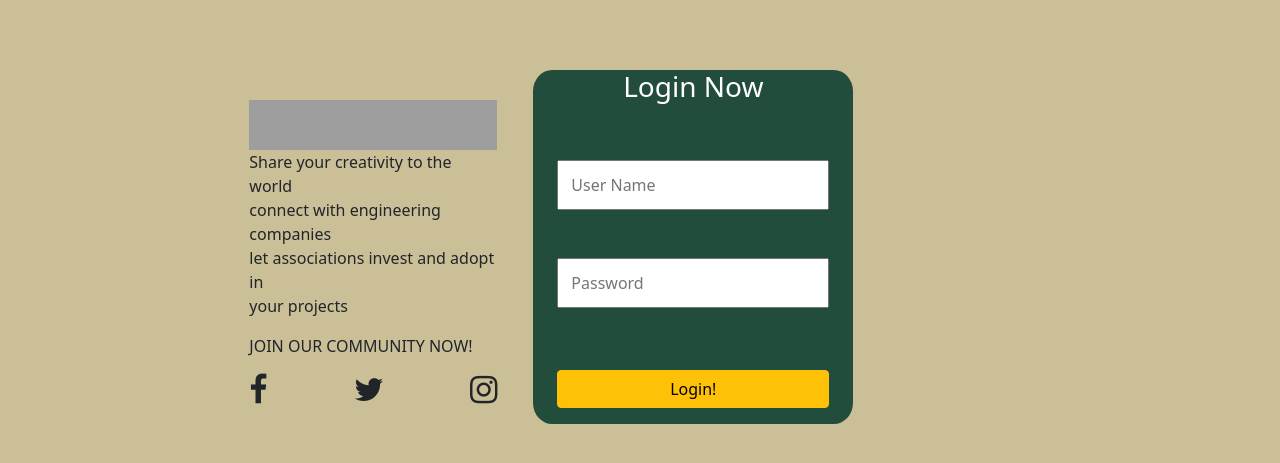
Repository: ahmadjamal-1997/Project-Taqadam
Page: http://localhost/Taqadam/WEB-INF/login.jsp
An editor plug-in stored every save of this project. The page is shown before and after the next save, followed by the edit.
The browser window is 1280 px wide. The pictures show the whole page.
Pictures or frames that could not be fetched are drawn as grey boxes. The page is served by Tomcat 9. Nobody is signed in. The template is opened directly, without the code that normally fills it, so the values that code supplies are empty.

Above is the page before, as saved 2022-03-31 10:38:45.

After the next save:
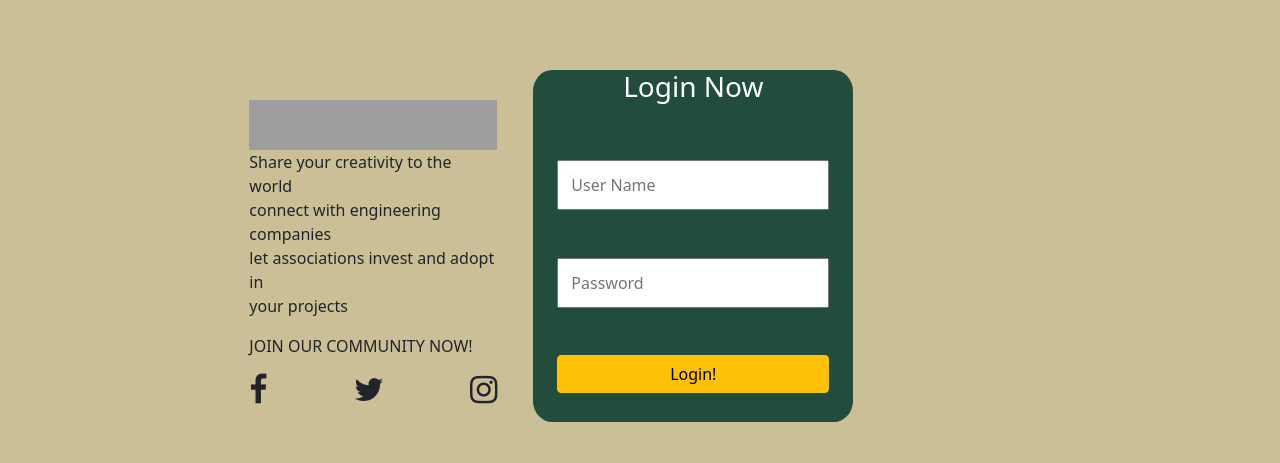
Saved 17 s later.
--- a/Taqadam-new/Taqadam-java/Taqadam-new/Taqadam/src/main/webapp/WEB-INF/login.jsp
+++ b/Taqadam-new/Taqadam-java/Taqadam-new/Taqadam/src/main/webapp/WEB-INF/login.jsp
@@ -61,7 +61,7 @@
             <div class="row mb-3 mt-5" style="height:50px">
             <input type="password" id="password" name="password" placeholder="Password"/>
             </div>
-            <div class="row mb-3" style="height:30px">
+            <div class="row mb-3" style="height:15px">
             </div>
             <div class="row mb-3">
        		 <input type="hidden" name="${_csrf.parameterName}" value="${_csrf.token}"/>
